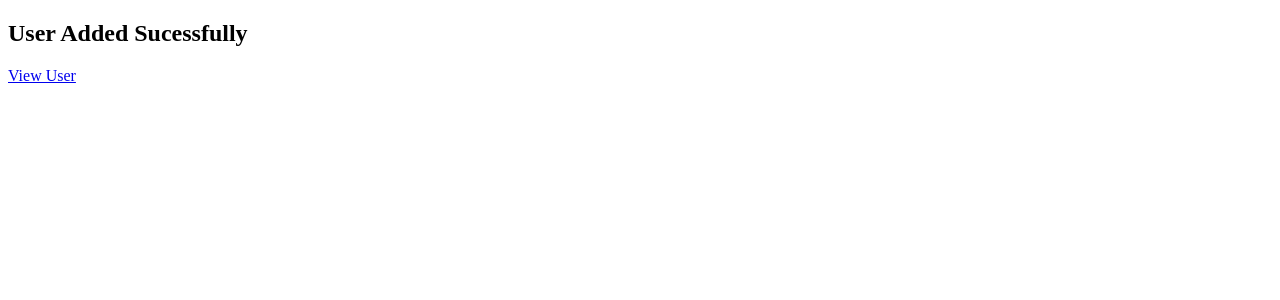
Repository: Ramakrishnmagadum/Servlet
Page: http://localhost/JSP_CRUD_Project/successpage.jsp
These files come from the project's save history. The page is drawn as it stood at one moment and after the next save; the edit follows.
The browser window is 1280 px wide. The pictures show the whole page.
The page is served by Tomcat 9.

Above is the page before, as saved 2025-02-28 02:07:07.

After the next save:
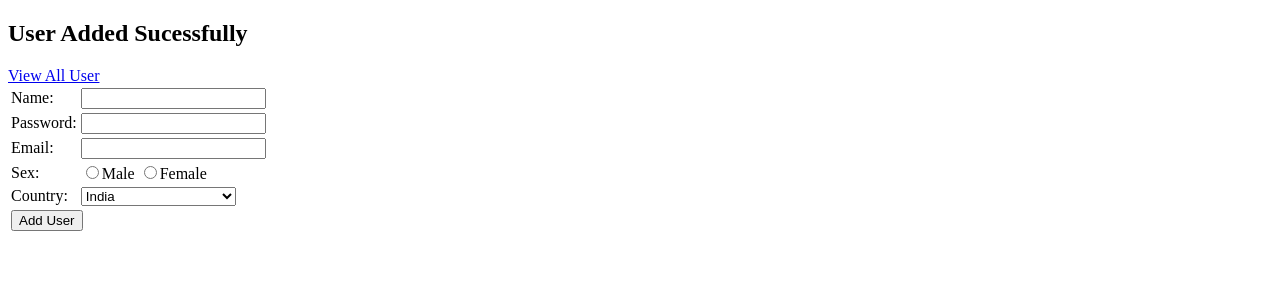
Saved 53 s later.
--- a/JSP_CRUD_Project/src/main/webapp/successpage.jsp
+++ b/JSP_CRUD_Project/src/main/webapp/successpage.jsp
@@ -10,7 +10,7 @@
 
 <h2>User Added Sucessfully </h2>
 
-<a href="viewuser.jsp"> View User</a>
+<jsp:include page="adduser.jsp"></jsp:include>
 
 </body>
 </html>
